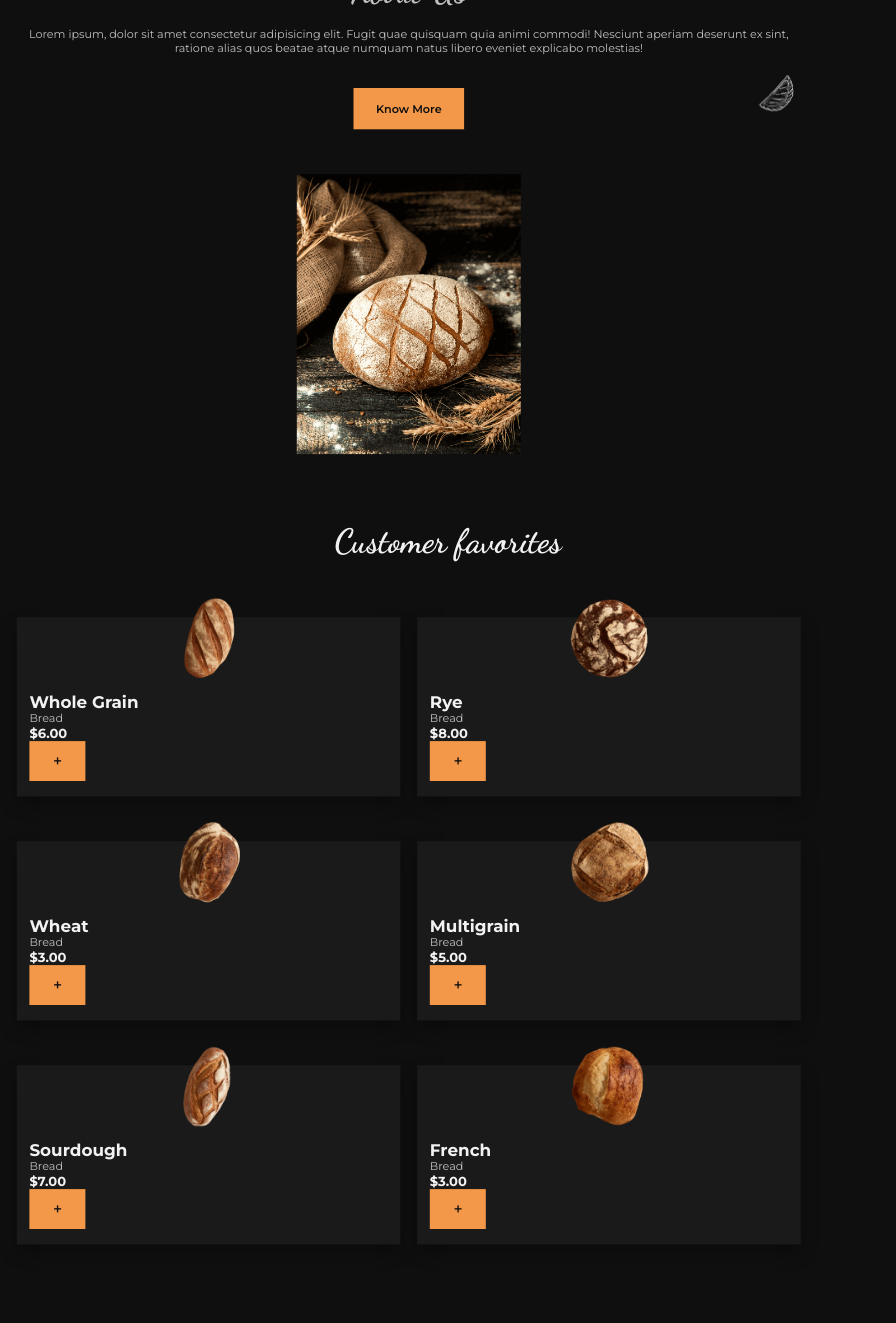
Repository: dinhhaidh/Bakery-web
Page: index.html
These files come from the project's save history. The page is drawn as it stood at one moment and after a run of saves; the edit follows.
The browser window is 1280 px wide. The pictures show the part of the page from y = 1954 to 3874 px (the page is 3844 px tall before and 3874 px after), at 70% of full size.
Some web libraries are served in a nearby version.

Above is the page before, as saved 2024-01-16 15:17:33.

After the next 5 saves:
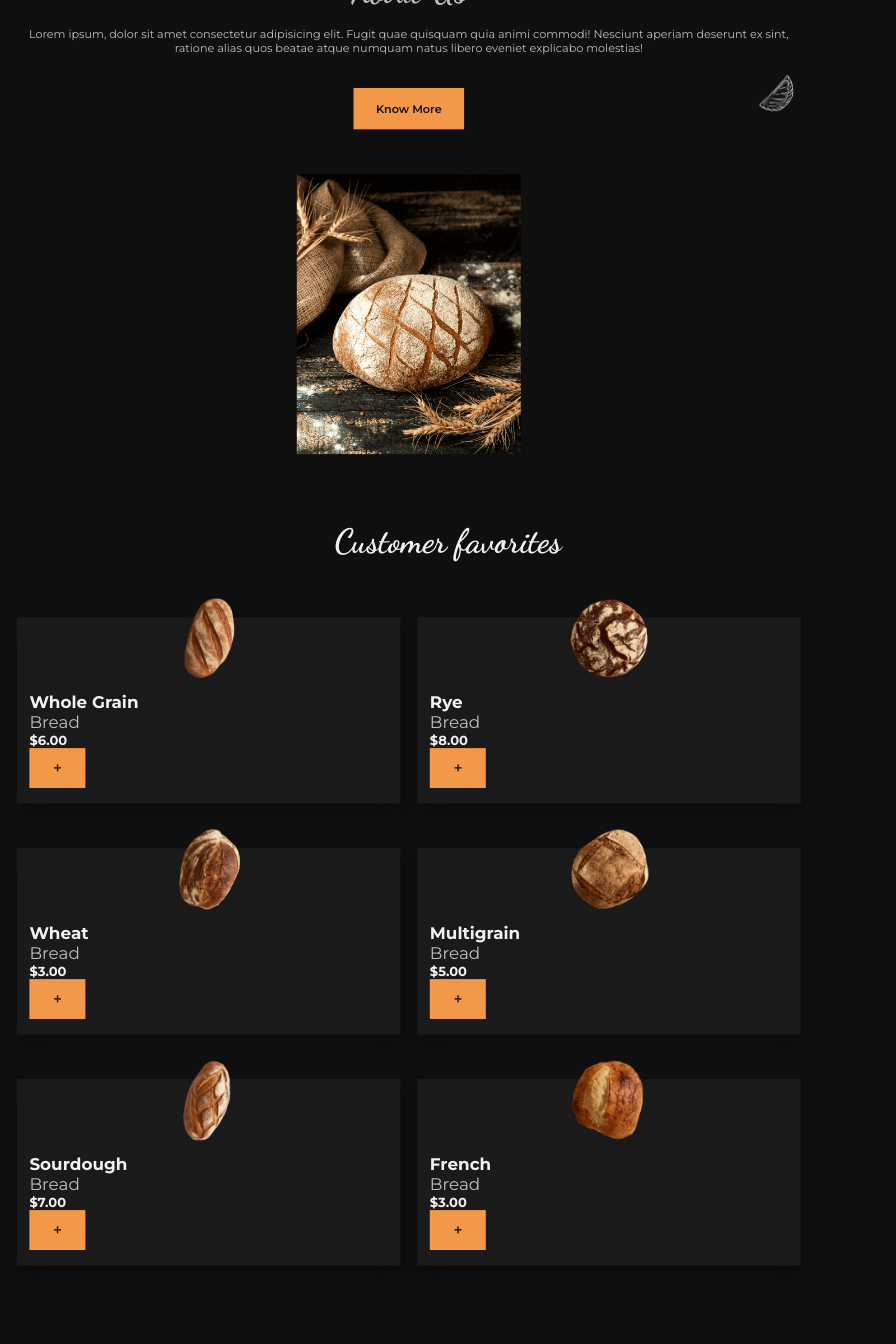
The 5 saves are shown as one change because they came seconds apart.
The last was saved 20 s later.
--- a/css/style.css
+++ b/css/style.css
@@ -413,6 +413,7 @@ transition: border-color .4s;
 
 }
 .favorite__subtitle{
+    font-size: var(--h2-font-size);
 
 }
 .favorite__price{
